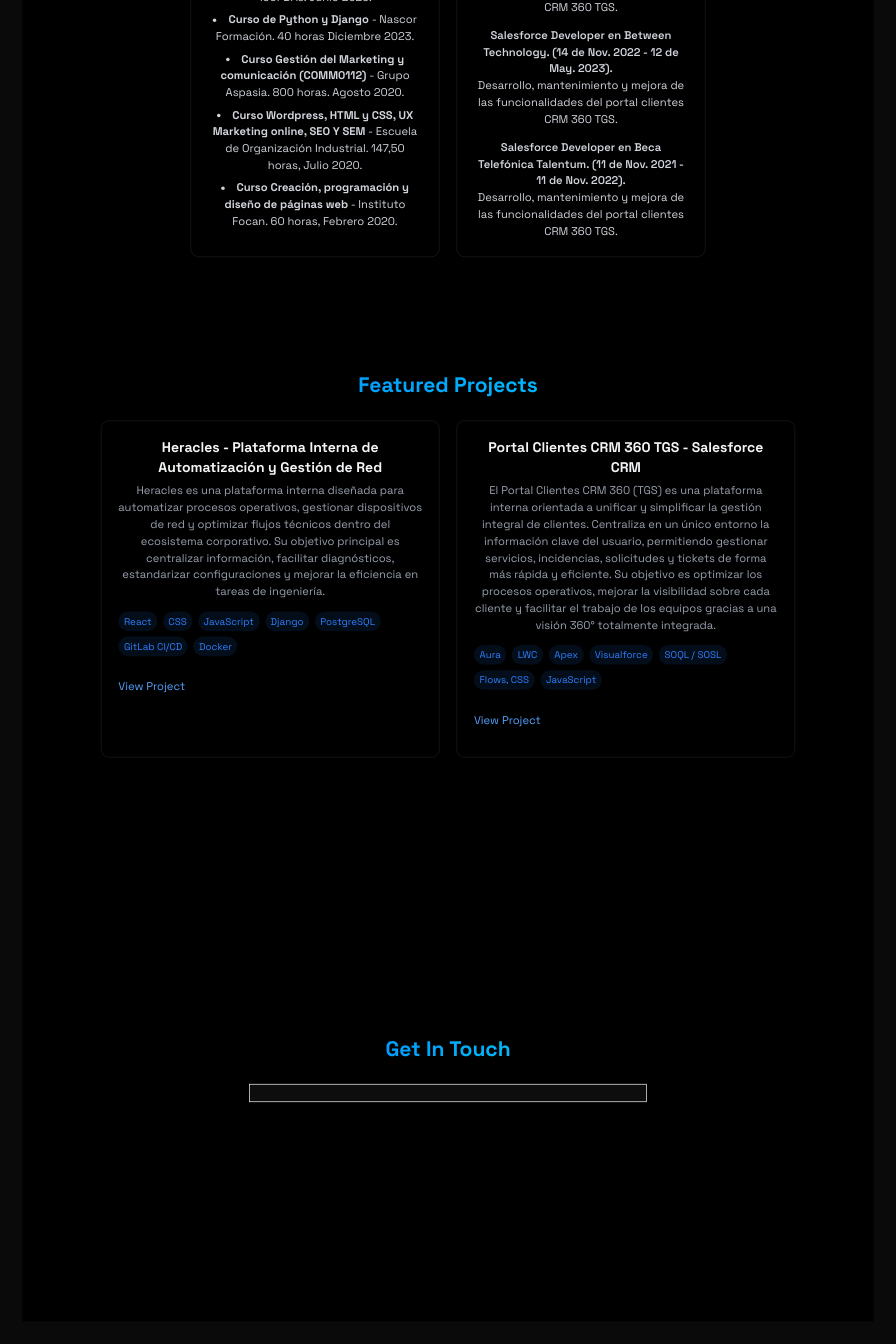
Repository: Bea0224/beatriz-portfolio
Page: /
The author's editor kept a copy of each file at every save. The page is drawn from the files as they stood at one save, then again after a run of saves.
The browser window is 1280 px wide. The pictures show the part of the page from y = 1708 to 3628 px (the page is 3628 px tall), at 70% of full size.
The project was rebuilt for these pictures with package versions that can differ from the ones it lists, and the page was loaded fresh each time. Also part of the build but not shown: vite.config.js.

Above is the page before, as saved 2025-12-08 19:19:23.

After the next 2 saves:
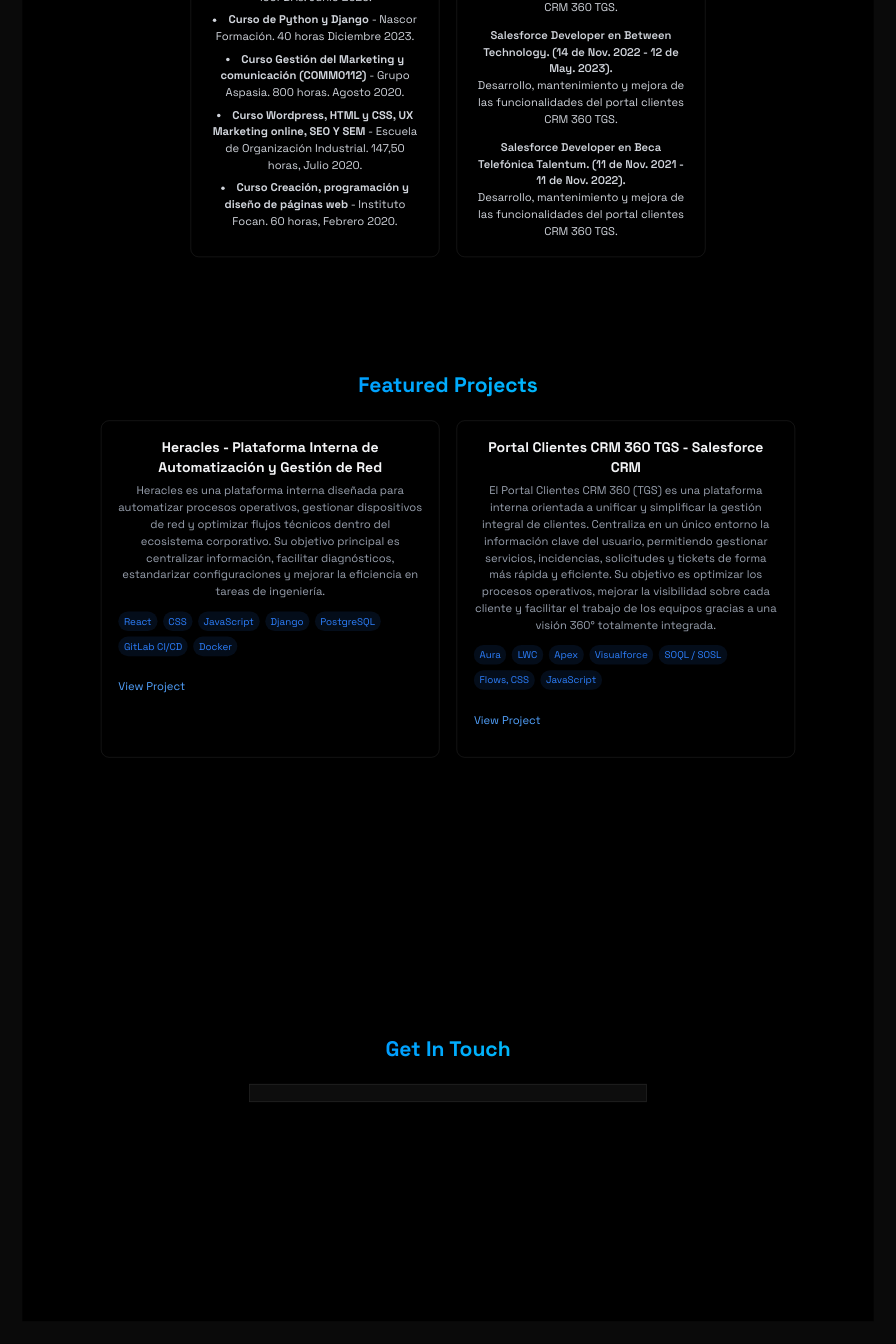
The 2 saves are shown as one change because they came seconds apart.
The last was saved 19 s later.
--- a/src/components/sections/Contact.jsx
+++ b/src/components/sections/Contact.jsx
@@ -14,7 +14,7 @@ export const Contact = () => {
                     </h2>
                     <form className="space-y-6">
                         <div className="relative">
-                            <input type="text" id="name" name="name" required className="w-full bg-white/5 border"/>
+                            <input type="text" id="name" name="name" required className="w-full bg-white/5 border border-white/10"/>
                         </div>
                     </form>
                 </div>
